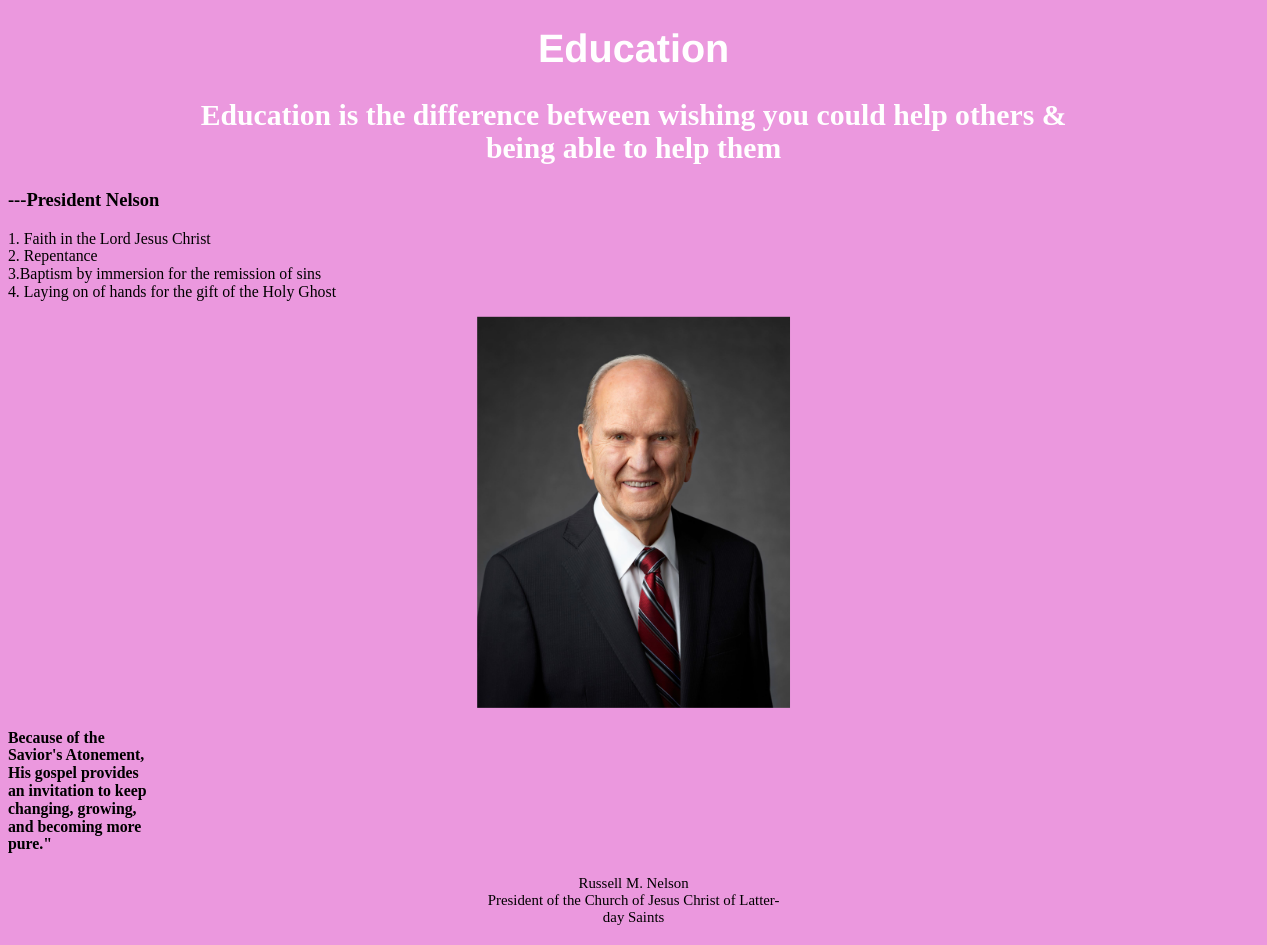
Repository: mszakutumela/wdd130
Page: W04_Challenge/index.html
An editor plug-in stored every save of this project. The page is shown before and after a run of saves, followed by the edit.
The browser window is 1280 px wide. The pictures show the whole page, at 99% of full size.

Above is the page before, as saved 2023-06-05 13:02:42.

### W04_Challenge/index.html
<!DOCTYPE html>
<html lang="en">
<head>
    <title>W04 Challenge</title>
    <link rel="stylesheet" href="styles/styles.css" />
</head>
<body>
    <main>
        <h1>Education</h1>
        <h2>Education is the difference between wishing you could help others & <br>
            being able to help them</h2>
        <h3>---President Nelson</h3>
        <p> 1. Faith in the Lord Jesus Christ <br>
            2. Repentance <br>
            3.Baptism by immersion for the remission of sins <br>
            4. Laying on of hands for the gift of the Holy Ghost</p>
        <img alt="Image of President Nelson" src="images/russell_nelson_official_portrait_2018.jpeg">
        <h4>Because of the <br>
            Savior's Atonement, <br>
            His gospel provides <br>
            an invitation to keep <br>
            changing, growing, <br>
            and becoming more <br>
            pure."</h4>
    </main>
    <footer>
        <p>Russell M. Nelson <br>
            President of the Church of Jesus Christ of Latter- <br>
            day Saints</p>
    </footer>

</body>
</html>

### W04_Challenge/styles/styles.css
body {
    /* text-align: center; */
    background-color: rgb(235, 152, 222);
    }
img {
    width: 25%;
    display: block;
    margin: 0 auto;
}
h1 {
    color: white;
    text-align: center;
    font-size: 40px;
    font-family: 'Franklin Gothic Medium', sans-serif;
}
p1 {
    color: white;
    text-align: right;
}
p2 {
    color: white;
    text-align: center;
}
p3 {
    color: black;
    /* text-align: center;   */
}
h2 {
    color: white;
    text-align: center;
    font-size: 30px;
}
footer p {
    font-size: 15px;
    margin: 20px auto;
    text-align: center;
}
}

After the next 2 saves:
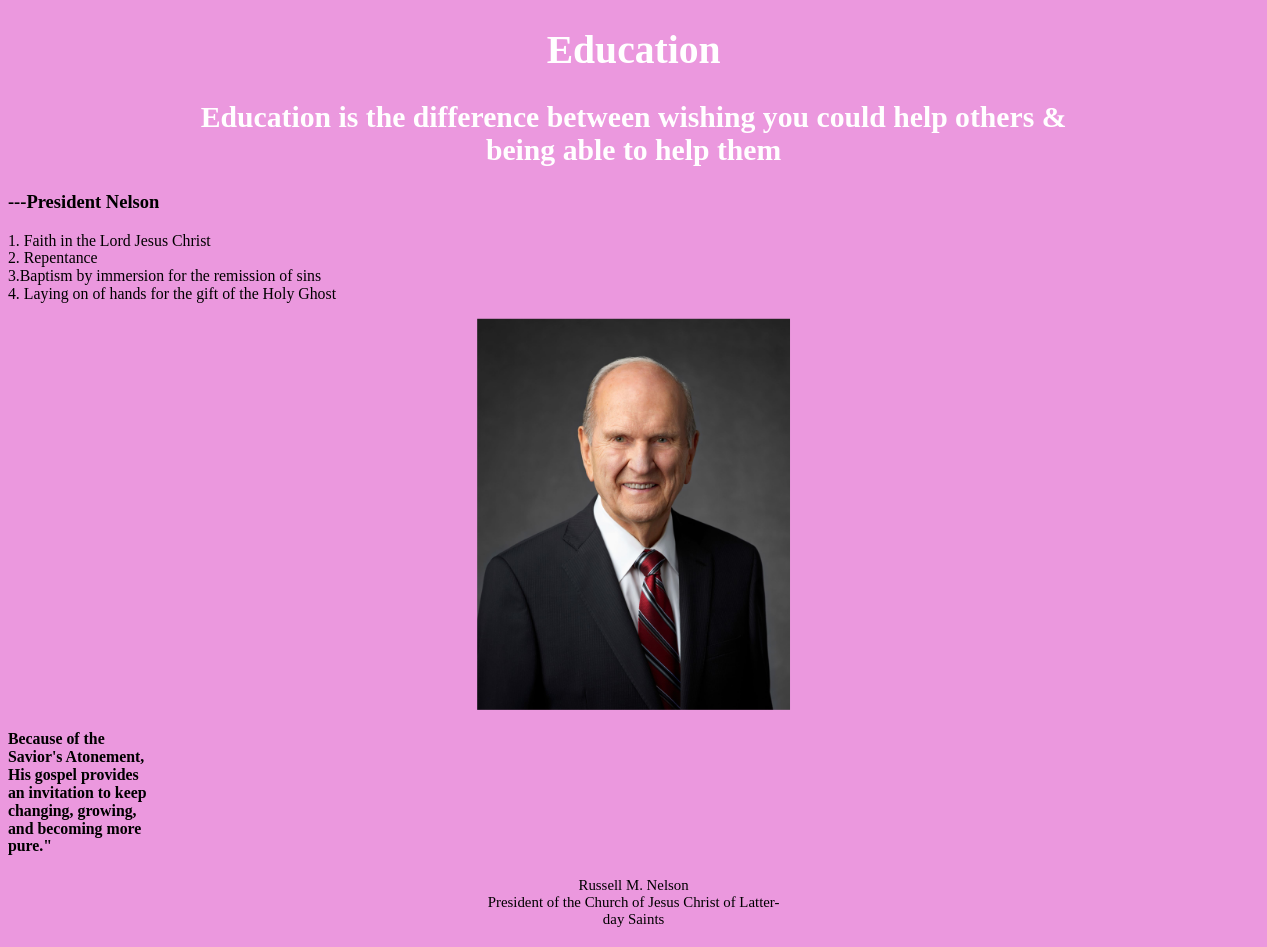
The 2 saves are shown as one change because they came seconds apart.
The last was saved 10 s later.
--- a/W04_Challenge/styles/styles.css
+++ b/W04_Challenge/styles/styles.css
@@ -11,7 +11,7 @@
     color: white;
     text-align: center;
     font-size: 40px;
-    font-family: 'Franklin Gothic Medium', sans-serif;
+    font-family: 'Franklin Gothic Medium;
 }
 p1 {
     color: white;

After the 3 saves that followed:
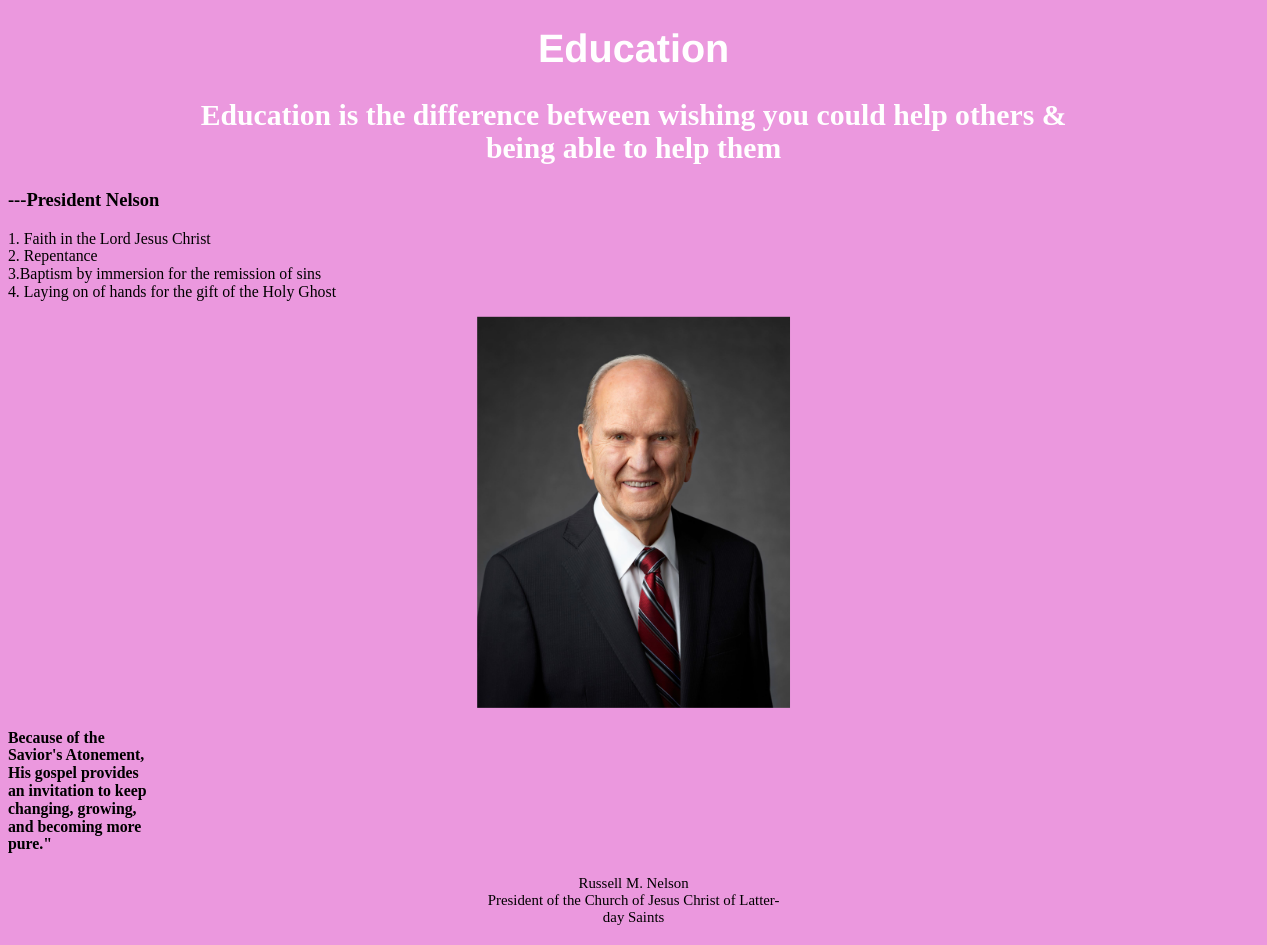
The 3 saves are shown as one change because they came seconds apart.
The last was saved 9 s later.
--- a/W04_Challenge/styles/styles.css
+++ b/W04_Challenge/styles/styles.css
@@ -11,7 +11,7 @@
     color: white;
     text-align: center;
     font-size: 40px;
-    font-family: 'Franklin Gothic Medium;
+    font-family: Franklin Gothic Medium;
 }
 p1 {
     color: white;
